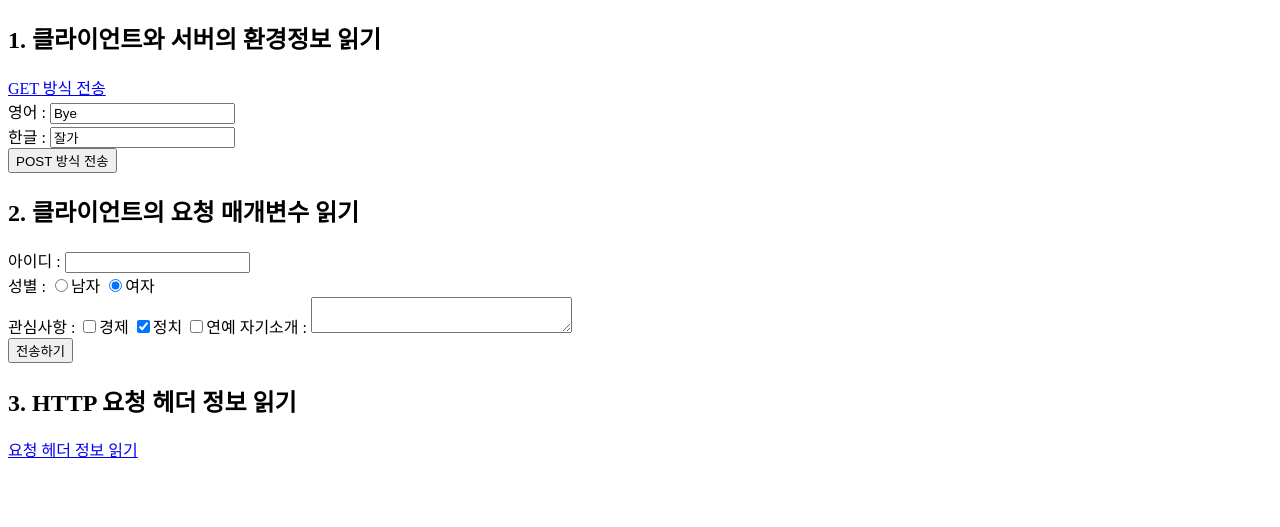
Repository: yu1na/JSP_Servlet
Page: http://localhost/MustHaveJSP/02ImplicitObject/RequestMain.jsp
These files come from the project's save history. The page is drawn as it stood at one moment and after the next save; the edit follows.
The browser window is 1280 px wide. The pictures show the whole page.
The page is served by Tomcat 9.

Above is the page before, as saved 2025-05-02 06:05:09.

After the next save:
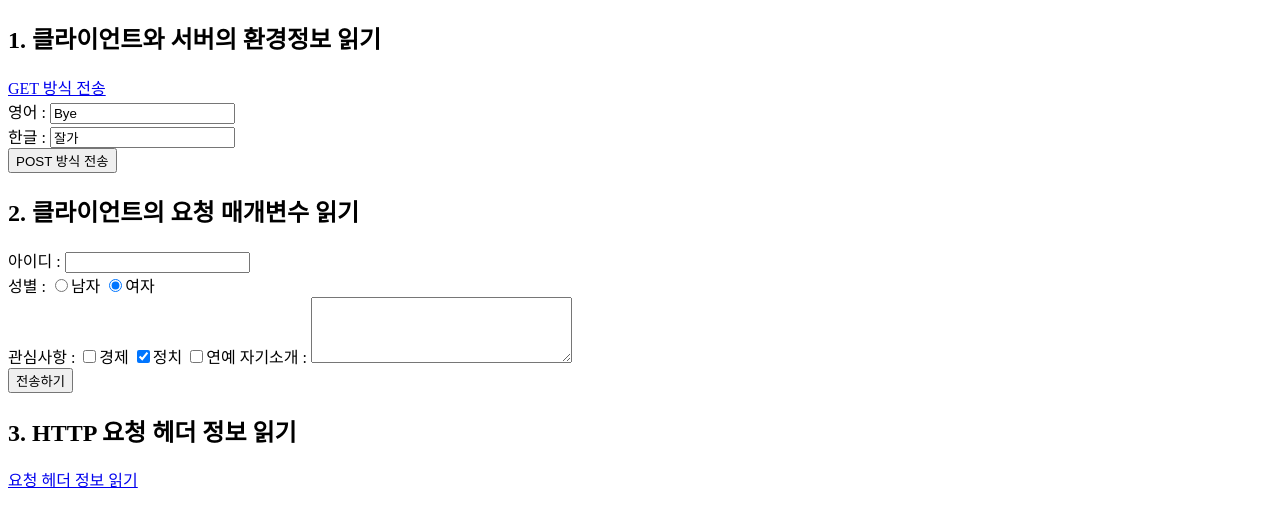
Saved 2 min 59 s later.
--- a/MustHaveJSP/src/main/webapp/02ImplicitObject/RequestMain.jsp
+++ b/MustHaveJSP/src/main/webapp/02ImplicitObject/RequestMain.jsp
@@ -12,14 +12,14 @@
 			GET 방식 전송
 		</a>
 		<br />
-		<form action="RequestWebInfo.jsp" method="post" accept-charset="utf-8">
+		<form action="RequestWebInfo.jsp" method="post">
 			영어 : <input type="text" name="eng" value="Bye" /><br />
 			한글 : <input type="text" name="han" value="잘가" /><br />
 			<input type="submit" value="POST 방식 전송" />
 		</form>
 
 		<h2> 2. 클라이언트의 요청 매개변수 읽기</h2>
-		<form meyhod="post" action="RequestParameter.jsp">
+		<form method="post" action="RequestParameter.jsp">
 			아이디 : <input type="text" name="id" value="" /><br />
 			성별 :
 			<input type="radio" name="sex" value="man" />남자
@@ -30,7 +30,7 @@
 			<input type="checkbox" name="favo" value="pol" checked="checked" />정치
 			<input type="checkbox" name="favo" value="ent" />연예
 			자기소개 :
-			<textarea row="4" cols="30" name="intro"></textarea>
+			<textarea rows="4" cols="30" name="intro"></textarea>
 			<br />
 			<input type="submit" value="전송하기" />
 		</form>
